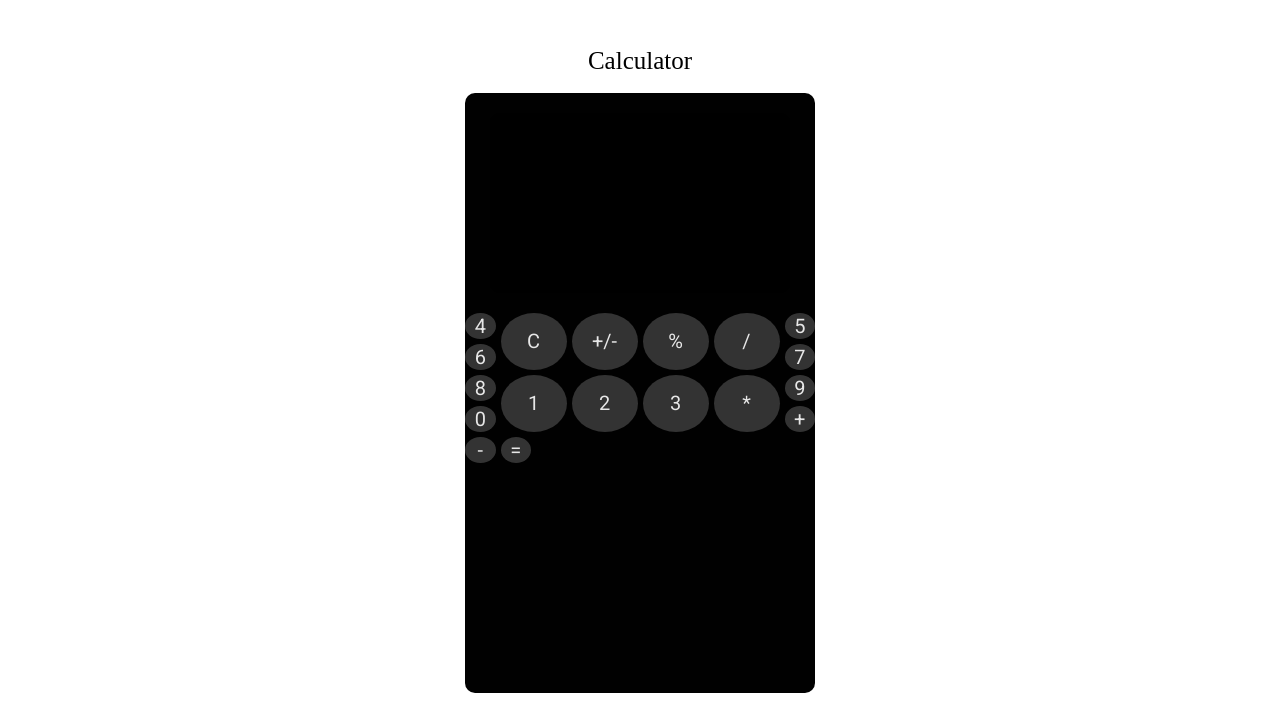
Repository: Gibon9/SimpleCalc
Page: index.html
The author's editor kept a copy of each file at every save. The page is drawn from the files as they stood at one save, then again after the next save.
The browser window is 1280 px wide. The pictures show the whole page.
Some web fonts or font styles are not loaded; a fallback is used.

Above is the page before, as saved 2020-11-27 19:20:11.

### index.html
<!DOCTYPE html>
<html lang="en">
  <head>
    <meta charset="UTF-8" />
    <meta name="viewport" content="width=device-width, initial-scale=1.0" />
    <link rel="stylesheet" href="style/reset.css" />
    <link rel="stylesheet" href="style/style.css" />
    <title>Calculator</title>
  </head>

  <body>
    <main class="main">
      <h1 class="title">Calculator</h1>
      <section class="clac">
        <div class="calc-display" id="display"></div>
        <section class="keyboard" id="keyboard">
          <button class="calc-button c-btn" id="clear">C</button>
          <button class="calc-button plus-minus-btn" id="plus-minus">
            +/-
          </button>
          <button class="calc-button percent-btn" id="percent">%</button>
          <button class="calc-button one-btn" id="btn1">1</button>
          <button class="calc-button two-btn" id="btn2">2</button>
          <button class="calc-button three-btn" id="btn3">3</button>
          <button class="calc-button four-btn" id="btn4">4</button>
          <button class="calc-button five-btn" id="btn5">5</button>
          <button class="calc-button six-btn" id="btn6">6</button>
          <button class="calc-button seven-btn" id="btn7">7</button>
          <button class="calc-button eight-btn" id="btn8">8</button>
          <button class="calc-button nine-btn" id="btn9">9</button>
          <button class="calc-button zero-btn" id="btn0">0</button>
          <button class="calc-button plus-btn" id="plus">+</button>
          <button class="calc-button minus-btn" id="minus">-</button>
          <button class="calc-button divide-btn" id="divide">/</button>
          <button class="calc-button multiply-btn" id="multiply">*</button>
          <button class="calc-button" id="equal">=</button>
        </section>
      </section>
    </main>
    <script src="./index.js"></script>
  </body>
</html>

### style/style.css
@import url("https://fonts.googleapis.com/css2?family=Roboto&family=Saira+Stencil+One&display=swap");

:root {
  --background-color: #010101;
  --display-color: black;
  --primary-btn-color: ##a5a5a5;
  --secondary-color: #333333;
  --secondary-btn-color: #fd9624;
  --text-color: #e7e7e7;
}

.calc-display,
.title {
  font-family: "Saira Stencil One", cursive;
}

.calc-button {
  font-family: "Roboto", sans-serif;
}

.main {
  display: flex;
  flex-direction: column;
  justify-content: center;
  align-items: center;
  width: 100vw;
  height: 100vh;
}

.title {
  font-size: 25px;
  margin: 20px 0;
}

.clac {
  width: 350px;
  height: 600px;
  background-color: var(--background-color);
  border-radius: 10px;
}

.calc-display {
  margin: 20px auto;
  width: 300px;
  height: 30%;
  background-color: var(--display-color);
  color: var(--primary-color);
  border-radius: 10px;
  font-size: 40px;
}

.keyboard {
  display: grid;
  grid-template-columns: repeat(10, 1fr);
  grid-template-rows: repeat(12, 1fr);
  gap: 5px 5px;
}

.calc-button {
  font-size: 20px;
  color: var(--text-color);
  background-color: var(--secondary-color);
  border-radius: 50%;
  border: none;
}

.c-btn {
  grid-column: 2/4;
  grid-row: 1/3;
}

.plus-minus-btn {
  grid-column: 4/6;
  grid-row: 1/3;
}

.percent-btn {
  grid-column: 6/8;
  grid-row: 1/3;
}

.divide-btn {
  grid-column: 8/10;
  grid-row: 1/3;
}

.one-btn {
  grid-column: 2/4;
  grid-row: 3/5;
}

.two-btn {
  grid-column: 4/6;
  grid-row: 3/5;
}

.three-btn {
  grid-column: 6/8;
  grid-row: 3/5;
}

.multiply-btn {
  grid-column: 8/10;
  grid-row: 3/5;
}

Loaded but not shown: style/reset.css (common file); index.js (no copy from this time; the picture is the same without it)

After the next save:
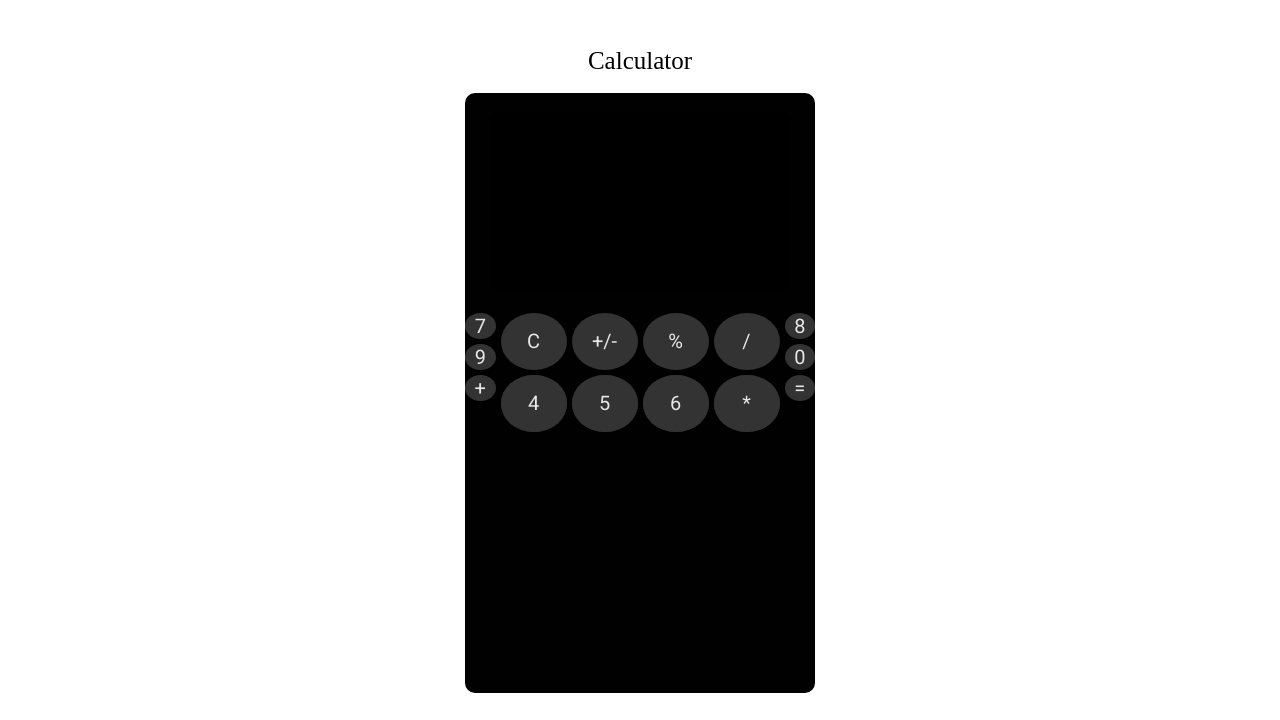
Saved 76 s later.
--- a/style/style.css
+++ b/style/style.css
@@ -103,3 +103,23 @@
   grid-column: 8/10;
   grid-row: 3/5;
 }
+
+.four-btn {
+  grid-column: 2/4;
+  grid-row: 3/5;
+}
+
+.five-btn {
+  grid-column: 4/6;
+  grid-row: 3/5;
+}
+
+.six-btn {
+  grid-column: 6/8;
+  grid-row: 3/5;
+}
+
+.minus-btn {
+  grid-column: 8/10;
+  grid-row: 3/5;
+}
